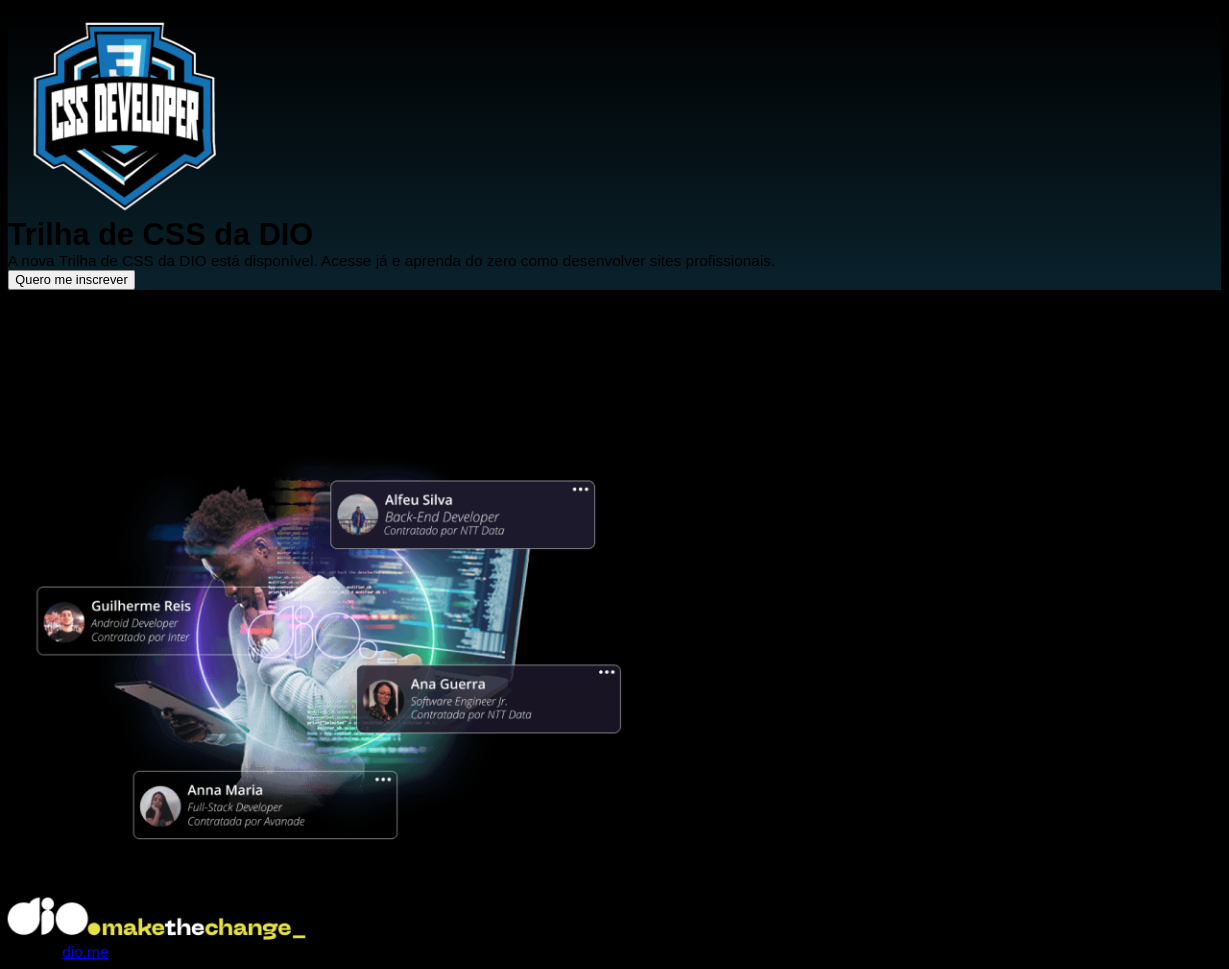
Repository: Zoemateus324/landing-page
Page: index.html
An editor plug-in stored every save of this project. The page is shown before and after the next save, followed by the edit.
The browser window is 1280 px wide. The pictures show the whole page, at 96% of full size.

Above is the page before, as saved 2024-11-23 10:25:07.

After the next save:
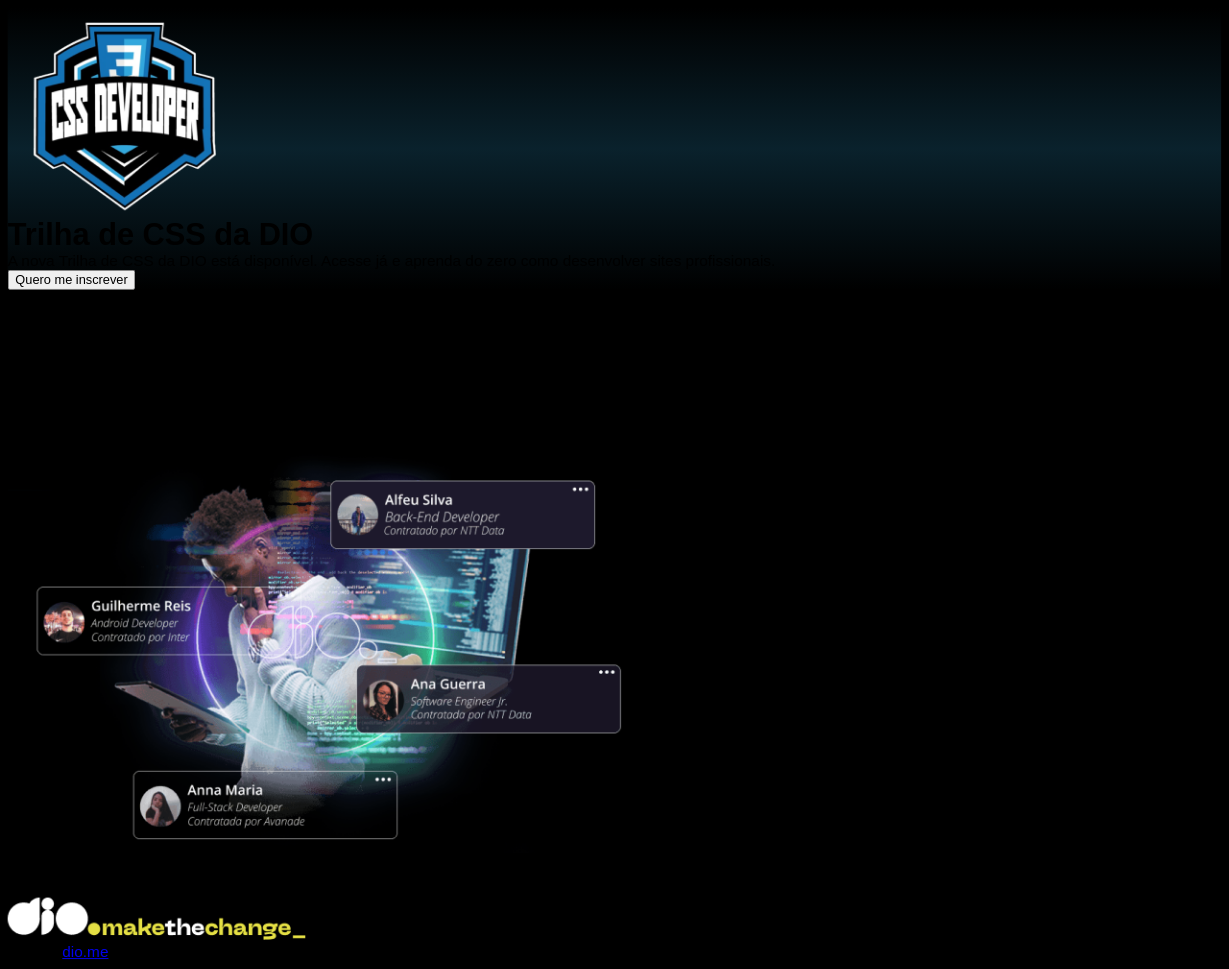
Saved 105 s later.
--- a/assets/styles.css
+++ b/assets/styles.css
@@ -11,5 +11,6 @@
     margin:8px;
 }
 .banner{
-    background-image:linear-gradient(rgba(0,0,0,.6), rgba(49,168,221,.2))
+    background-image:linear-gradient(rgba(0,0,0,.6), rgba(49,168,221,.2), rgba(0,0,0,.6)),
+    url()
 }
